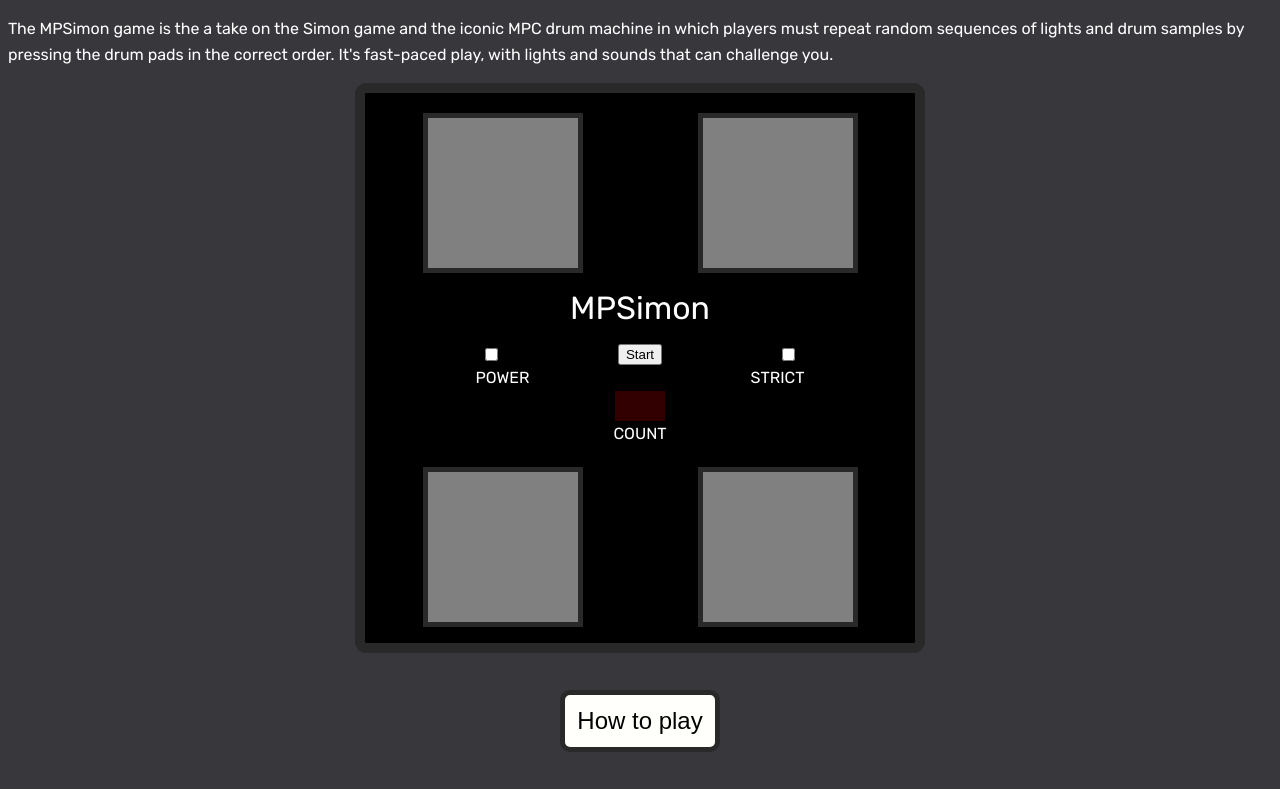
Repository: Neilfoster/MPSimon
Page: index.html
The author's editor kept a record of every edit. The page is drawn from the files as they stood at one moment, then again after the next edit.
The browser window is 1280 px wide. The pictures show the whole page.

Above is the page before.

### index.html
<!DOCTYPE html>

<html>

<head>
    <meta charset="UTF-8">
    <meta http-equiv="X-UA-Compatible" content="IE=edge,chrome=1">
    <meta name="viewport" content="width=device-width,initial-scale=1">
    <link href="https://fonts.googleapis.com/css?family=Rubik&display=swap" rel="stylesheet">
    <title>MPSimon</title>
    <link rel="stylesheet" href="css/style.css">
    <audio id="clip1">
      <source src="audio/hat.mp3"></source>
    </audio>
    <audio id="clip2">
      <source src="audio/kick.mp3"></source>
    </audio>
    <audio id="clip3">
      <source src="audio/snare1.mp3"></source>
    </audio>
    <audio id="clip4">
      <source src="audio/snare2.mp3"></source>
    </audio>
</head>

<body>
    <div>
    <p>The MPSimon game is the a take on the Simon game and the iconic MPC drum machine in which players must repeat random sequences of lights and drum samples by pressing the drum pads in the correct order. It's fast-paced play, with lights and sounds
            that can challenge you.</p>
    </div>
    <div id="outer-box">
        <div id="top-row">
            <div id="top-left"></div>
            <div id="top-right"></div>
        </div>
        <div id="inner-box">
            <div id="title" class="text-effect">MPSimon</div>
            <div id="switches">
                <input type="checkbox" class="toggle" id="on">
                <button type="button" id="start">Start</button>
                <input type="checkbox" class="toggle" id="strict">
            </div>
            <div class="text1">
                <span>POWER</span>
                <span>STRICT</span>
            </div>
            <div id="turn"></div>
            <div class="text2">
                COUNT
            </div>
        </div>
        <div id="bottom-row">
            <div id="bottom-left"></div>
            <div id="bottom-right"></div>
        </div>
    </div>

    <div class="rules">
        <button id="modalBtn" class="button">How to play</button>
        <div id="ruleModal" class="modal">
            <div class="modal-content">
                <div class="modal-header">
                    <span class="closeBtn">&times;</span>
                    <h2>How To Play</h2>
                </div>
                <div class="modal-body">
                    <ul>
                        <li>Turn the game on by selecting the power button and then pressing start.</li>
                        <li>MPSimon will give the first signal.</li>
                        <li>Repeat the signal by pressing the same pad.</li>
                        <li>MPSIMON will duplicate the first sound and will add one.</li>
                        <li>Repeat these two sounds by pressing the same pads.</li>
                        <li>MPSIMON will duplicate these first two sounds and add one.</li>
                        <li>Continue in this manner as long as you can repeat each sequence of sound correctly.</li>
                        <li>If you cannot repeat the sequence correctly , MPSIMON will repeat the sequence again until you can.</li>
                        <li>Selecting STRICT mode resets the pattern to the beginning if you get the sequence wrong.</li>
                        <li>To win the game repeat the sequence until it reaches 20 consecutive sounds.</li>
                    </ul>
                </div>
            </div>
        </div>
    </div>
    <script src="js/index.js"></script>
</body>

</html>

### css/style.css
body {
  color:white;
  font-family: 'Rubik', sans-serif;
  line-height: 1.6;
  /*background-image: url("../images/image-2.jpg");*/
  background-color:#37373c;
  background-position: center;
  background-repeat: no-repeat;
  background-size: cover;
}
.header{
  margin:2% 20%;
  padding: 0 5% ;
  border-radius: 10px;
  background: rgba(0,0,0,0.7);
}
.head-title{
  text-align:center;
  font-size:2rem;
  font-family: 'Rubik', sans-serif;
}
#outer-box {
  border: 10px solid #292929 ;
  border-radius: 2%;
  height:550px;
  width:550px;
  margin: auto;
  background-color: black
}
#top-row{
  display: flex;
  flex-direction: row;
  justify-content: space-around;
  margin-top:20px;
}
#bottom-row{
  display: flex;
  flex-direction: row;
  justify-content: space-around;
  margin-top:20px;
}
#inner-box{
  display: flex;
  flex-direction: column;
  justify-content: center;
}
#switches{
  display: flex;
  flex-direction: row;
  justify-content: center;
  }
#top-left {
  border:5px solid #292929;
  height:150px;
  width: 150px;
  background-color: grey;
}
#top-right {
  border: 5px solid #292929;
  height:150px;
  width: 150px;
  background-color: grey;
}
#bottom-left {
  border:5px solid #292929;
  height:150px;
  width: 150px;
  background-color: grey;
}
#bottom-right {
  border: 5px solid #292929;
  height:150px;
  width: 150px;
  background-color: grey;
}
#title {
  display: flex;
  flex-direction: row;
  justify-content: center;
  font-size: 2rem;
  padding: 10px 5px;
}
#turn {
  background: #330000;
  color: red;
  font-family: courier;
  font-size: 20px;
  height: 30px;
  width: 50px;
  text-align: center;
  vertical-align: middle;
  line-height: 30px;
  margin: auto;
}
.toggle {
  margin: auto;
}
.text1 {
  margin: 0;
  display: flex;
  flex-direction: row;
  justify-content: space-around;
  align-items: baseline;
}
.text2 {
  margin: auto;
}
.rules {
  padding: 0px 20px;
}

/*Button*/
.button {
  background-color:#fffffc;
 margin: 3% auto;
  font-size: 1.5rem;
  padding:1%;
  color: #000;
  border-radius:10px;
  display: block;
  text-align: center;
  border:5px solid #292929;
  }
.button:hover{
  background:#333;
}

/*modal*/
.modal{
  display: none;
  position: fixed;
  z-index: 1;
  left:0;top:0;
  height: 100%;
  width:100%;
  overflow: auto;
  background-color: rgba(0,0,0,0.7);
}
.modal-content{
  background-color: #f4f4f4;
  margin: 20% auto;
  color:black;
  width:60%;
  box-shadow: 0 5px 8px 0 rgba(0,0,0,0.2),
              0 7px 20px 0 rgba(0,0,0,0.2);
  animation-name: modalopen;
  animation-duration: 1s;
}
.modal-header{
  background:grey;
  padding:15px;
  color:#fff;
  text-align: center;
}
.modal-body{
  padding: 10px 20px;
}
.closeBtn{
  color: #fff;
  float:right;
  font-size:30px;
}
.closeBtn:hover,.closeBtn:focus{
  color:#000;
  text-decoration:none;
  cursor:pointer;
}
.rules {
  font-family: 'Merriweather', serif;
  font-size:1.2rem;
  display: block;
}
@keyframes modalopen{
  from{ opacity: 0}
  to {opacity: 1}
}


@media only screen and (max-width: 768px) {
  #outer-box {
  border: 10px solid #292929 ;
  border-radius: 2%;
  height:800px;
  width:500px;
  margin: auto;
  background-color: black
}
#inner-box{
  padding:20% 0;
}
.header {
  display:none;
}
}

### js/index.js
//variables
let order = [] ;
let playerOrder = [] ;
let flash ;
let turn ;
let good ;
let compTurn ;
let intervalID ;
let strict = false ;
let noise = true ;
let on = false ;
let win ;

const turnCounter = document.getElementById("turn");
const topLeft = document.getElementById("top-left");
const topRight = document.getElementById("top-right");
const bottomLeft = document.getElementById("bottom-left");
const bottomRight = document.getElementById("bottom-right");
const strictButton = document.getElementById("strict");
const onButton = document.getElementById("on");
const startButton = document.getElementById("start");
// Strick mode setting
strictButton.addEventListener('click', (event) => {
  if (strictButton.checked == true) {
    strict = true;
  } else {
    strict = false;
  }
});
// Counter
onButton.addEventListener('click', (event) => {
  if (onButton.checked == true) {
    on = true;
    turnCounter.innerHTML = "-";
  } else {
    on = false;
    turnCounter.innerHTML = "";
    clearColor();
    clearInterval(intervalId);
  }
});
//Start Button
startButton.addEventListener('click', (event) => {
  if (on || win) {
    play();
  }
});
// Gameplay function
function play() {
  win = false;
  order = [];
  playerOrder = [];
  flash = 0;
  intervalId = 0;
  turn = 1;
  turnCounter.innerHTML = 1;
  good = true;
  for (var i = 0; i < 20; i++) {
    order.push(Math.floor(Math.random() * 4) + 1);
  }
  compTurn = true;
  intervalId = setInterval(gameTurn, 800);
}

function gameTurn() {
  on = false;

  if (flash == turn) {
    clearInterval(intervalId);
    compTurn = false;
    clearColor();
    on = true;
  }

  if (compTurn) {
    clearColor();
    setTimeout(() => {
      if (order[flash] == 1) one();
      if (order[flash] == 2) two();
      if (order[flash] == 3) three();
      if (order[flash] == 4) four();
      flash++;
    }, 200);
  }
}
//pads
function one (){
  if (noise) {
    let audio = document.getElementById('clip1');
    audio.play();
  }
  noise = true;
  topLeft.style.backgroundColor = "#63a785";
}

function two (){
  if (noise) {
    let audio = document.getElementById('clip2');
    audio.play();
  }
  noise = true;
  topRight.style.backgroundColor = "#a76b6b";
}

function three (){
  if (noise) {
    let audio = document.getElementById('clip3');
    audio.play();
  }
  noise = true;
  bottomLeft.style.backgroundColor = "#9da76b";
}

function four (){
  if (noise) {
    let audio = document.getElementById('clip4');
    audio.play();
  }
  noise = true;
  bottomRight.style.backgroundColor = "#6c6ba7";
}

 function clearColor() {
   topLeft.style.backgroundColor = "grey";
   topRight.style.backgroundColor = "grey";
   bottomRight.style.backgroundColor = "grey";
   bottomLeft.style.backgroundColor = "grey";
}
function flashColor() {
  topLeft.style.backgroundColor = "#63a785";
  topRight.style.backgroundColor = "#a76b6b";
  bottomRight.style.backgroundColor = "#9da76b";
  bottomLeft.style.backgroundColor = "#6c6ba7";
}
//Clear flash on pads
topLeft.addEventListener('click', (event) => {
  if (on) {
    playerOrder.push(1);
    check();
    one();
    if(!win) {
      setTimeout(() => {
        clearColor();
      }, 300);
    }
  }
})

topRight.addEventListener('click', (event) => {
  if (on) {
    playerOrder.push(2);
    check();
    two();
    if(!win) {
      setTimeout(() => {
        clearColor();
      }, 300);
    }
  }
})

bottomLeft.addEventListener('click', (event) => {
  if (on) {
    playerOrder.push(3);
    check();
    three();
    if(!win) {
      setTimeout(() => {
        clearColor();
      }, 300);
    }
  }
})

bottomRight.addEventListener('click', (event) => {
  if (on) {
    playerOrder.push(4);
    check();
    four();
    if(!win) {
      setTimeout(() => {
        clearColor();
      }, 300);
    }
  }
})
// Function to check if order correct
function check() {
  if (playerOrder[playerOrder.length - 1] !== order[playerOrder.length - 1])
    good = false;

  if (playerOrder.length ==20 && good) {
    winGame();
  }

  if (good == false) {
    flashColor();
    turnCounter.innerHTML = "NO!";
    setTimeout(() => {
      turnCounter.innerHTML = turn;
      clearColor();
// Strict mode
      if (strict) {
        play();
      } else {
        compTurn = true;
        flash = 0;
        playerOrder = [];
        good = true;
        intervalId = setInterval(gameTurn, 800);
      }
    }, 800);

    noise = false;
  }

  if (turn == playerOrder.length && good && !win) {
    turn++;
    playerOrder = [];
    compTurn = true;
    flash = 0;
    turnCounter.innerHTML = turn;
    intervalId = setInterval(gameTurn, 800);
  }

}
// Function for winning game
function winGame() {
  flashColor();
  turnCounter.innerHTML = "WIN!";
  on = false;
  win = true;
}

////Modal

// Get Modal Element
let modal = document.getElementById("ruleModal");
// Get open modal button
let modalBtn = document.getElementById("modalBtn");
// get close button
let closeBtn = document.getElementsByClassName("closeBtn")[0];

//Listen for  open click
modalBtn.addEventListener('click',openModal);
//Listen for close click
closeBtn.addEventListener('click',closeModal);
//Listen for outside click
window.addEventListener('click', clickOutside)
// Function to open modal
function openModal(){
  modal.style.display = 'block' ;
}
// Function to close modal
function closeModal(){
  modal.style.display = 'none' ;
}
// Function to close modal if outside click
function clickOutside(e){
  if(e.target == modal){
  modal.style.display = 'none' ;
  }
}

After the next edit:
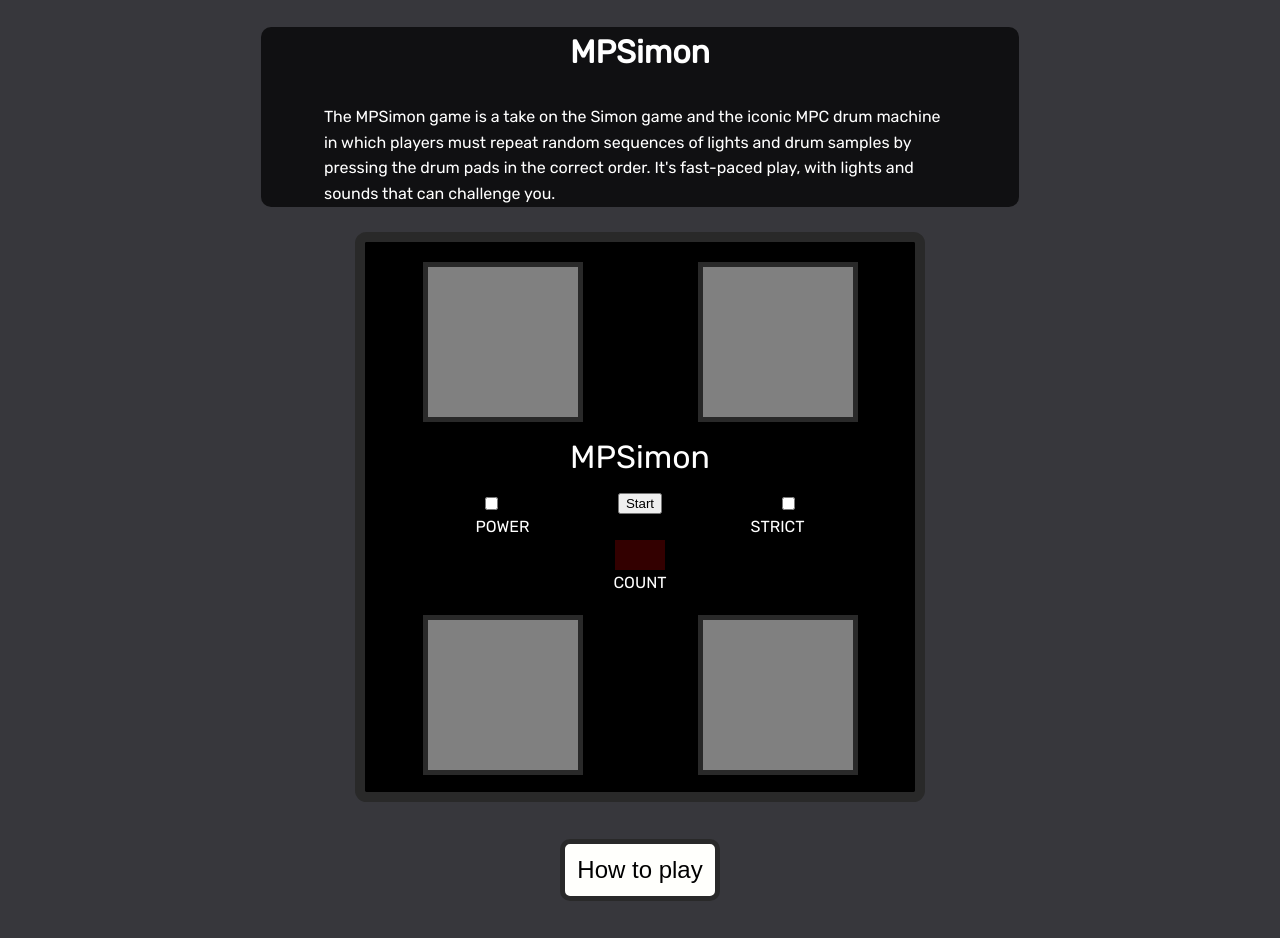
The edit:
--- a/index.html
+++ b/index.html
@@ -24,9 +24,12 @@
 </head>
 
 <body>
-    <div>
-    <p>The MPSimon game is the a take on the Simon game and the iconic MPC drum machine in which players must repeat random sequences of lights and drum samples by pressing the drum pads in the correct order. It's fast-paced play, with lights and sounds
-            that can challenge you.</p>
+    <div class="header">
+        <h2 class="head-title">MPSimon</h2>
+        <p>The MPSimon game is a take on the Simon game and the iconic MPC drum machine
+        in which players must repeat random sequences of lights and drum samples
+        by pressing the drum pads in the correct order. It's fast-paced play,
+        with lights and sounds that can challenge you.  </p>
     </div>
     <div id="outer-box">
         <div id="top-row">
